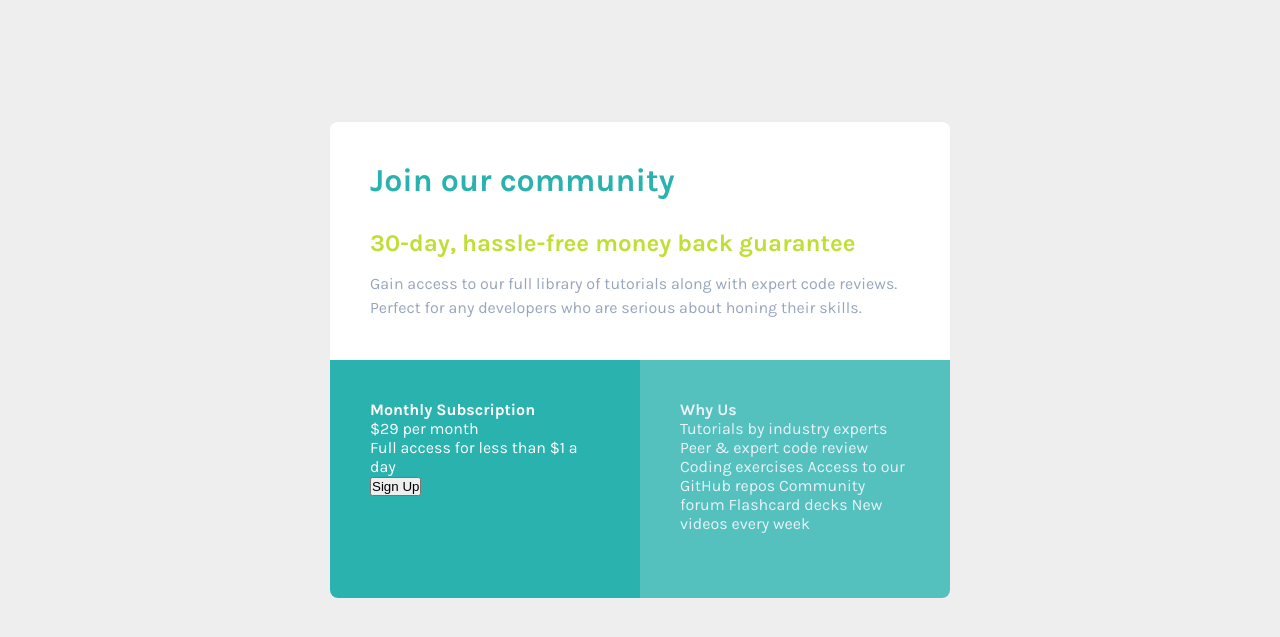
Repository: Akashiii1/WebSingleGrid_Day3
Page: index.html
An editor plug-in stored every save of this project. The page is shown before and after the next save, followed by the edit.
The browser window is 1280 px wide. The pictures show the whole page.

Above is the page before, as saved 2021-12-22 01:51:04.

### index.html
<!DOCTYPE html>
<html lang="en">
  <head>
    <meta charset="UTF-8" />
    <meta name="viewport" content="width=device-width, initial-scale=1.0" />
    <!-- displays site properly based on user's device -->

    <link
      rel="icon"
      type="image/png"
      sizes="32x32"
      href="./images/favicon-32x32.png"
    />

    <title>Frontend Mentor | Single Price Grid Component</title>

    <!-- Feel free to remove these styles or customise in your own stylesheet 👍 -->
    <link rel="stylesheet" href="style.css" />
    <style>
      .attribution {
        font-size: 11px;
        text-align: center;
      }
      .attribution a {
        color: hsl(228, 45%, 44%);
      }
    </style>
  </head>
  <body>
    <!-- Join our community

  30-day, hassle-free money back guarantee

  Gain access to our full library of tutorials along with expert code reviews.
  Perfect for any developers who are serious about honing their skills.

  Monthly Subscription

  &dollar;29 per month

  Full access for less than &dollar;1 a day

  Sign Up

  Why Us

  Tutorials by industry experts
  Peer &amp; expert code review
  Coding exercises
  Access to our GitHub repos
  Community forum
  Flashcard decks
  New videos every week -->
    <div class="wrapper">
      <div class="container">
        <div class="box item1">
          <h1>Join our community</h1>
          <h3>30-day, hassle-free money back guarantee</h3>
          <p>
            Gain access to our full library of tutorials along with expert code
            reviews. Perfect for any developers who are serious about honing
            their skills.
          </p>
        </div>
        <div class="box item2">
          <h4>Monthly Subscription</h4>
          <span>&dollar;29 per month</span>
          <p>Full access for less than &dollar;1 a day</p>
          <button class="btn">Sign Up</button>
        </div>
        <div class="box item3">
          <h4>Why Us</h4>
          <p>
            Tutorials by industry experts Peer &amp; expert code review Coding
            exercises Access to our GitHub repos Community forum Flashcard decks
            New videos every week
          </p>
        </div>
      </div>
    </div>
    <!-- <footer>
    <p class="attribution">
      Challenge by <a href="https://www.frontendmentor.io?ref=challenge" target="_blank">Frontend Mentor</a>.
      Coded by <a href="#">Your Name Here</a>.
    </p>
  </footer> -->
  </body>
</html>

### style.css

@import url('https://fonts.googleapis.com/css2?family=Karla:wght@400;700&display=swap');
:root{
  --Cyan: hsl(179, 62%, 43%);
 --BrightYellow: hsl(71, 73%, 54%);
 --LightGray: hsl(204, 43%, 93%);
 --GrayishBlue: hsl(218, 22%, 67%);
}
html {
box-sizing: border-box;
}
*{
margin: 0;
padding: 0;
}
*,*:before,*:after {
box-sizing: border-box;
}
input,
textarea,
select,
button{
outline: none;
}
input{
line-height: normal;
}
label,
button{
cursor: pointer;
}
a {
text-decoration: none;
}
img {
display: block;
max-width: 100%;
}
body{
  font-family: 'Karla', sans-serif;
  display: flex;
  justify-content: center;
  align-items: center;
  min-height: 100vh;
  background-color: #eee;
}
.wrapper{
  max-width: 620px;
  background-color: #fff;
  border-radius: 8px;
  overflow: hidden;
}
.container{
  display: grid;
  grid-template-columns:1fr 1fr;
  grid-template-rows: 1fr 1fr;
  grid-template-areas:"it1 it1"
                      "it2 it3";
}
.item1{
  grid-area: it1;
}
.item2{
  grid-area: it2;

}
.item3{
  grid-area: it3;
}
.box{
  padding: 40px;
}
.item1 h1{
  font-size: 32px;
  color:var(--Cyan) ;
  margin-bottom: 30px;
}
.item1 h3{
  color: var(--BrightYellow);
  font-size: 24px;
  margin-bottom: 15px;
}
.item1 p{
  color: var(--GrayishBlue);
  font-weight: 400;
  line-height: 1.5;

}
.item2 {
  background-color: var(--Cyan);
  color: #fff;
}
.item3{
  background-color: var(--Cyan);
  opacity: .8;
  color: var(--LightGray);
}
.item3 h4{

}

After the next save:
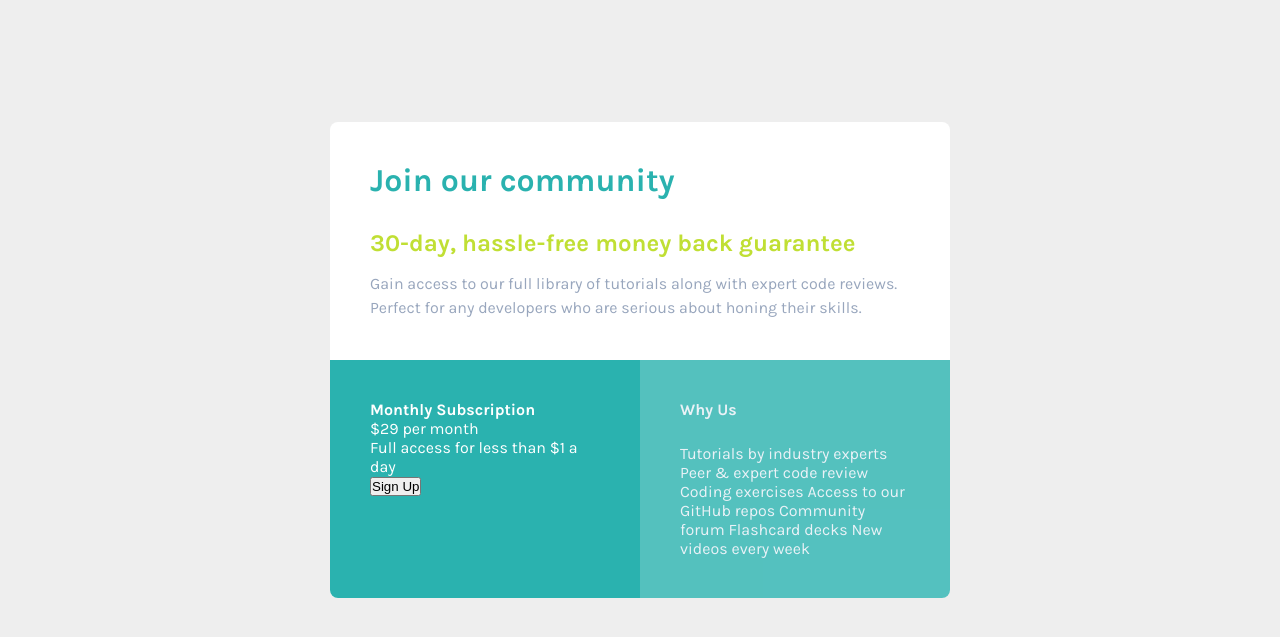
Saved 12 s later.
--- a/style.css
+++ b/style.css
@@ -96,5 +96,5 @@ body{
   color: var(--LightGray);
 }
 .item3 h4{
-
+  margin-bottom: 25px;
 }
